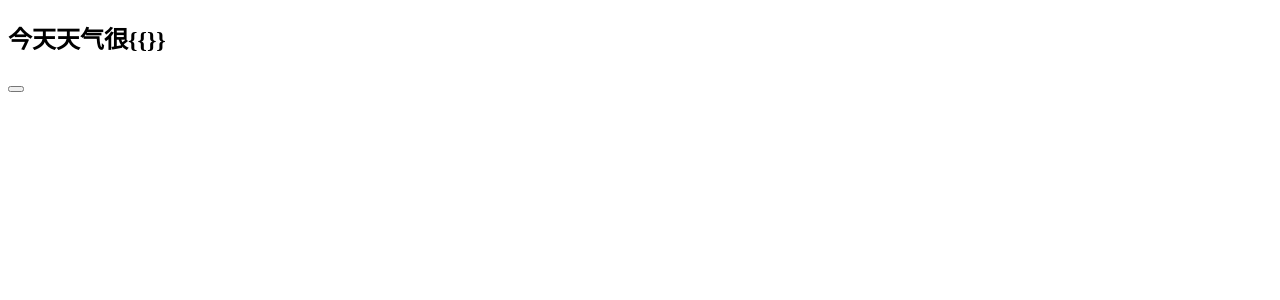
Repository: ldqml/project
Page: vue/vuehtml/jianshitianqi.html
An editor plug-in stored every save of this project. The page is shown before and after the next save, followed by the edit.
The browser window is 1280 px wide. The pictures show the whole page.

Above is the page before, as saved 2022-07-29 22:02:43.

After the next save:
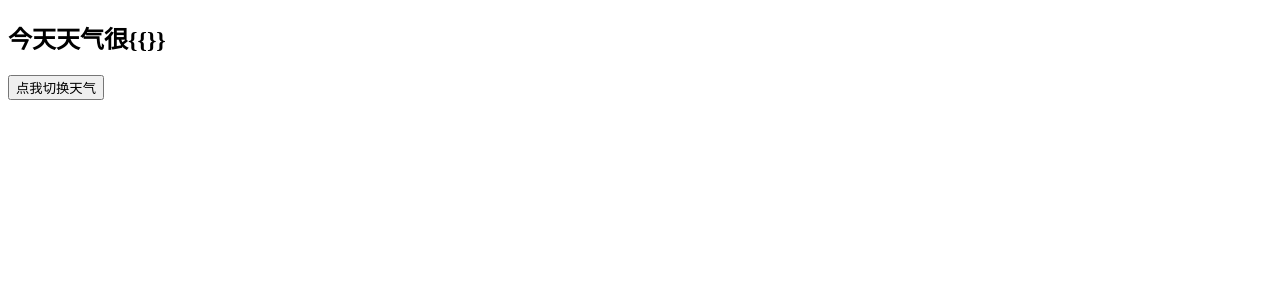
Saved 14 s later.
--- a/vue/vuehtml/jianshitianqi.html
+++ b/vue/vuehtml/jianshitianqi.html
@@ -10,7 +10,7 @@
 <body>
     <div id="root">
         <h2>今天天气很{{}}</h2>
-        <button v-on:click=""></button>
+        <button v-on:click="">点我切换天气</button>
     </div>
     <script>
 
